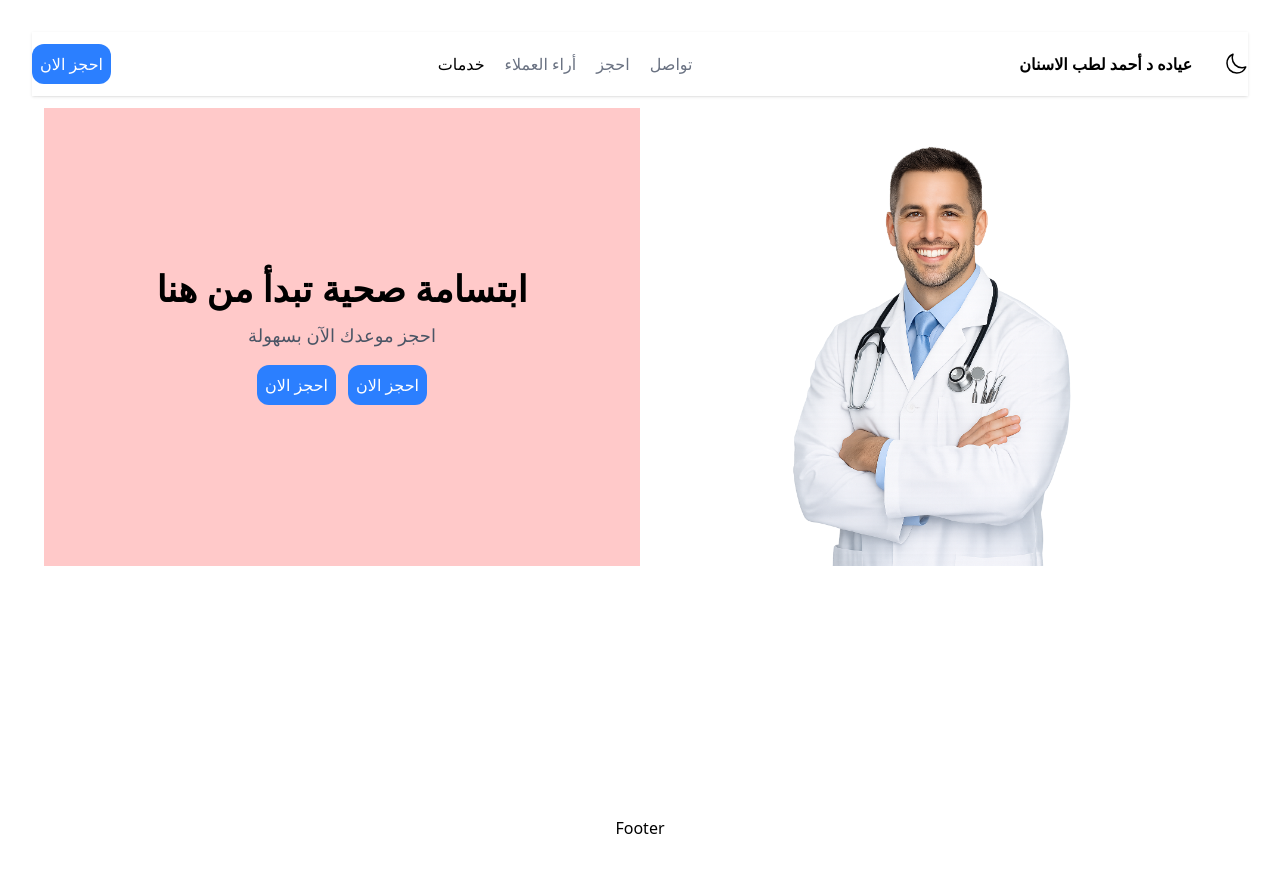
Repository: mohamedehab23-pro/clinic
Page: /
An editor plug-in stored every save of this project. The page is shown before and after a run of saves, followed by the edit.
The browser window is 1280 px wide. The pictures show the whole page.
The project was rebuilt for these pictures with package versions that can differ from the ones it lists, and the page was loaded fresh each time. Also part of the build but not shown: vite.config.js, src/Pages/AboutPage.jsx, src/Pages/ContactPage.jsx, src/Pages/NotFound.jsx, src/Components/Child.jsx, src/Components/Parent.jsx.

Above is the page before, as saved 2026-02-22 14:15:48.

### index.html
<!doctype html>
<html lang="en">
  <head>
    <meta charset="UTF-8" />
    <link rel="icon" type="image/svg+xml" href="/vite.svg" />
    <meta name="viewport" content="width=device-width, initial-scale=1.0" />
    <title>project1</title>
  </head>
  <body>
    <div id="root"></div>
    <script type="module" src="/src/main.jsx"></script>
  </body>
</html>

### src/index.css
@import "tailwindcss";
@custom-variant dark (&:where(.dark, .dark *));


.active{
    @apply text-black dark:text-white
}

### src/App.jsx
import { useState } from 'react'
import HeroPage from '../src/Pages/HeroPage'
import './App.css'
import { createBrowserRouter, RouterProvider } from 'react-router'
import MainLayout from './Layouts/MainLayout'
import AboutPage from './Pages/AboutPage'
import ContactPage from './Pages/ContactPage'
import NotFound from './Pages/NotFound'
import Parent from './Components/Parent'


const x=createBrowserRouter([
  {path:'',element:<MainLayout/>,children:[
    {index:true,element:<HeroPage/>},
    {path:'/about',element:<AboutPage/>},
    {path:'/contact',element:<ContactPage/>},
    {path:'*',element:<NotFound/>}
  ]}
])

function App() {

  return (
    <>
    {/* <Parent/> */}

     <RouterProvider router={x}/>
    </>
  )
}

export default App

### src/Pages/HeroPage.jsx
import React from 'react'
import sora from '../assets/dentist.png'
import Button from '../Components/Button'
export default function HomePage() {
  return (
    <div className='dark:bg-gray-800 min-h-screen p-3'>
      <div className='flex justify-around'>
<div className='bg-red-200 w-full flex flex-col justify-center text-center '>
<h2 className='text-4xl font-bold '>ابتسامة صحية تبدأ من هنا</h2>
<p className='text-gray-600 pt-3 text-lg'>احجز موعدك الآن بسهولة</p>
  <div className='flex gap-3 justify-center mt-4'>
    <Button bg={'bg-blue-500'} hover={'hover:bg-blue-600'}/>
  <Button bg={'bg-blue-500'} hover={'hover:bg-blue-600'}/>
  </div>


</div>
<div className=' w-full flex justify-center items-center'>
 <img src={sora} alt="doctor" className='w-[50%] ' />
</div>
      </div>



    </div>
  )
}

### src/Layouts/MainLayout.jsx
import React, { useState } from 'react'
import Navbar from '../Components/Navbar'
import Footer from '../Components/Footer'
import { Outlet } from 'react-router'

export default function MainLayout() {
  const [darkMode, setDarkMode] = useState(false)
  return (
    <>
    <div className={`${darkMode? 'dark':''}  dark:text-white`}>
      <Navbar darkMode={darkMode} setDarkMode={setDarkMode}/>
    <Outlet />
    <Footer/>
    </div>
    </>
  )
}

### src/Components/Button.jsx
import React from 'react'
import { Link } from 'react-router'

export default function Button({bg,hover,text }) {
  return (
   <>
   <button className={`p-2 rounded-xl ${bg} ${hover} text-white `}><Link to={'/'}>احجز الان</Link></button>
   </>
  )
}

### src/Components/Navbar.jsx
import React, { useState } from 'react'
import { Link, NavLink } from 'react-router'
import Button from './Button'

export default function Navbar({setDarkMode,darkMode}) {
  const [navToggle, setNavToggle] = useState(false)
  return (
    <div className='py-3 shadow sticky top-0 w-full dark:bg-gray-700 bg-white/50'>
<div className="container px-3 lg:p-0 mx-auto flex items-center justify-between">
<div>
  <Button bg={'bg-blue-500'} hover={'hover:bg-blue-600'}/>
</div>
<div>
  <ul className='lg:flex dark:text-white/50 gap-5 hidden'>
    <li className='text-gray-500'><NavLink to={''}>خدمات</NavLink></li>
    <li className='text-gray-500'><NavLink to={'/about'}>أراء العملاء</NavLink></li>
    <li className='text-gray-500'><NavLink to={'/contact'}>احجز</NavLink></li>
    <li className='text-gray-500'><NavLink to={'ertyuj'}>تواصل</NavLink></li>
  </ul>
</div>
<div className='flex gap-8'>
  <Link to={''} className=' font-bold'>عياده د أحمد لطب الاسنان</Link>
  {darkMode?<svg xmlns="http://www.w3.org/2000/svg"
onClick={()=>setDarkMode(!darkMode)}
fill="none" viewBox="0 0 24 24" strokeWidth={1.5} stroke="currentColor" className="cursor-pointer size-6">
  <path strokeLinecap="round" strokeLinejoin="round" d="M12 3v2.25m6.364.386-1.591 1.591M21 12h-2.25m-.386 6.364-1.591-1.591M12 18.75V21m-4.773-4.227-1.591 1.591M5.25 12H3m4.227-4.773L5.636 5.636M15.75 12a3.75 3.75 0 1 1-7.5 0 3.75 3.75 0 0 1 7.5 0Z" />
</svg>:<svg xmlns="http://www.w3.org/2000/svg" fill="none"
onClick={()=>setDarkMode(!darkMode)}
viewBox="0 0 24 24" strokeWidth={1.5} stroke="currentColor" className="cursor-pointer size-6">
  <path strokeLinecap="round" strokeLinejoin="round" d="M21.752 15.002A9.72 9.72 0 0 1 18 15.75c-5.385 0-9.75-4.365-9.75-9.75 0-1.33.266-2.597.748-3.752A9.753 9.753 0 0 0 3 11.25C3 16.635 7.365 21 12.75 21a9.753 9.753 0 0 0 9.002-5.998Z" />
</svg>}
</div>
<div className='lg:hidden'>
  <svg xmlns="http://www.w3.org/2000/svg" onClick={()=>setNavToggle(!navToggle)} fill="none" viewBox="0 0 24 24" strokeWidth={1.5} stroke="currentColor" className="cursor-pointer size-6">
  <path strokeLinecap="round" strokeLinejoin="round" d="M3.75 6.75h16.5M3.75 12h16.5m-16.5 5.25h16.5" />
</svg>


</div>



</div>
{navToggle && <ul className='pt-3 text-end px-3'>
    <li className='text-gray-500'><NavLink to={''}>خدمات</NavLink></li>
    <li className='text-gray-500'><NavLink to={'/about'}>أراء العملاء</NavLink></li>
    <li className='text-gray-500'><NavLink to={'/contact'}>احجز</NavLink></li>
    <li className='text-gray-500'><NavLink to={'ertyuj'}>تواصل</NavLink></li>
  </ul>}


    </div>
  )
}

Loaded but not shown: src/main.jsx (common file); src/App.css (common file); src/Components/Footer.jsx (common file)

After the next 5 saves:
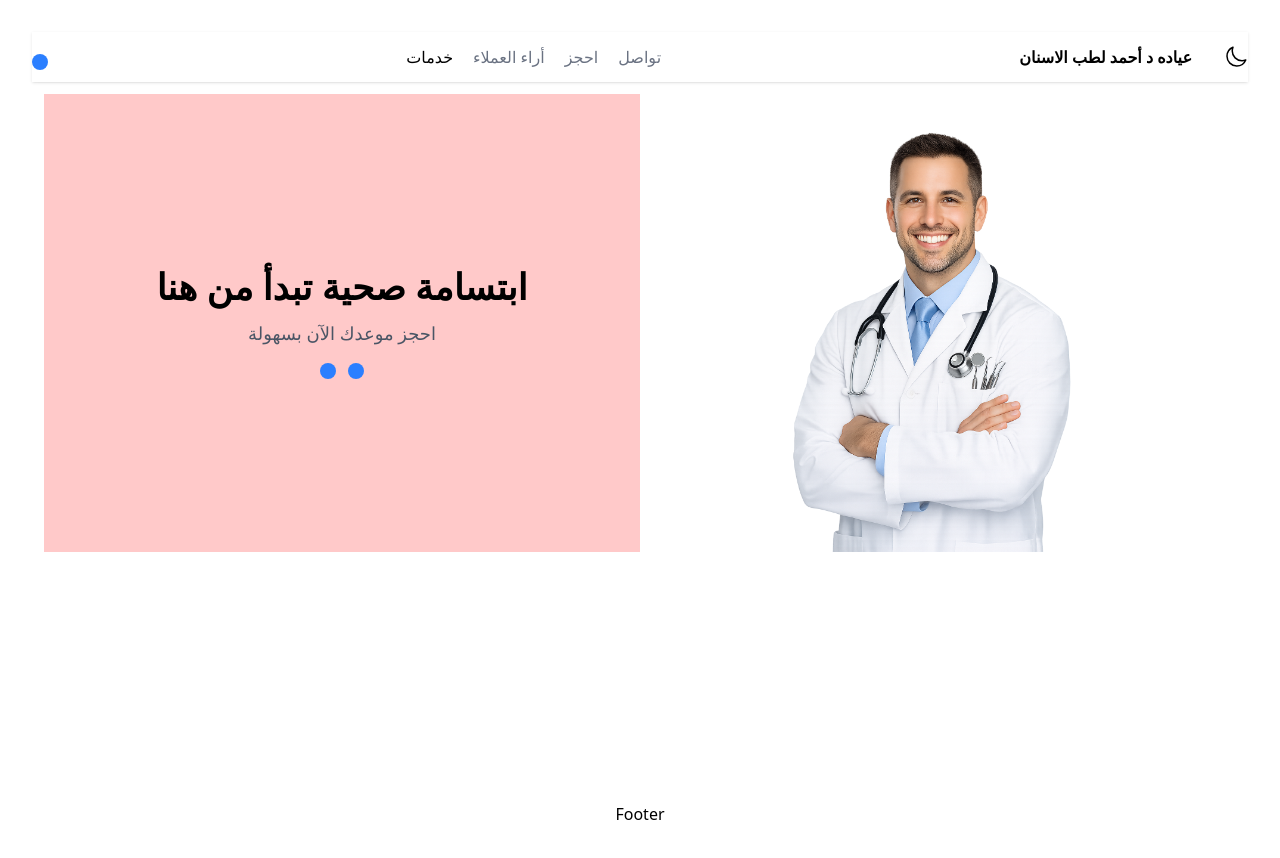
The 5 saves are shown as one change because they came seconds apart.
The last was saved 16 s later.
--- a/src/Components/Button.jsx
+++ b/src/Components/Button.jsx
@@ -4,7 +4,7 @@ import { Link } from 'react-router'
 export default function Button({bg,hover,text }) {
   return (
    <>
-   <button className={`p-2 rounded-xl ${bg} ${hover} text-white `}><Link to={'/'}>احجز الان</Link></button>
+   <button className={`p-2 rounded-xl ${bg} ${hover} text-white `}><Link to={'/'}>{text}</Link></button>
    </>
   )
 }
